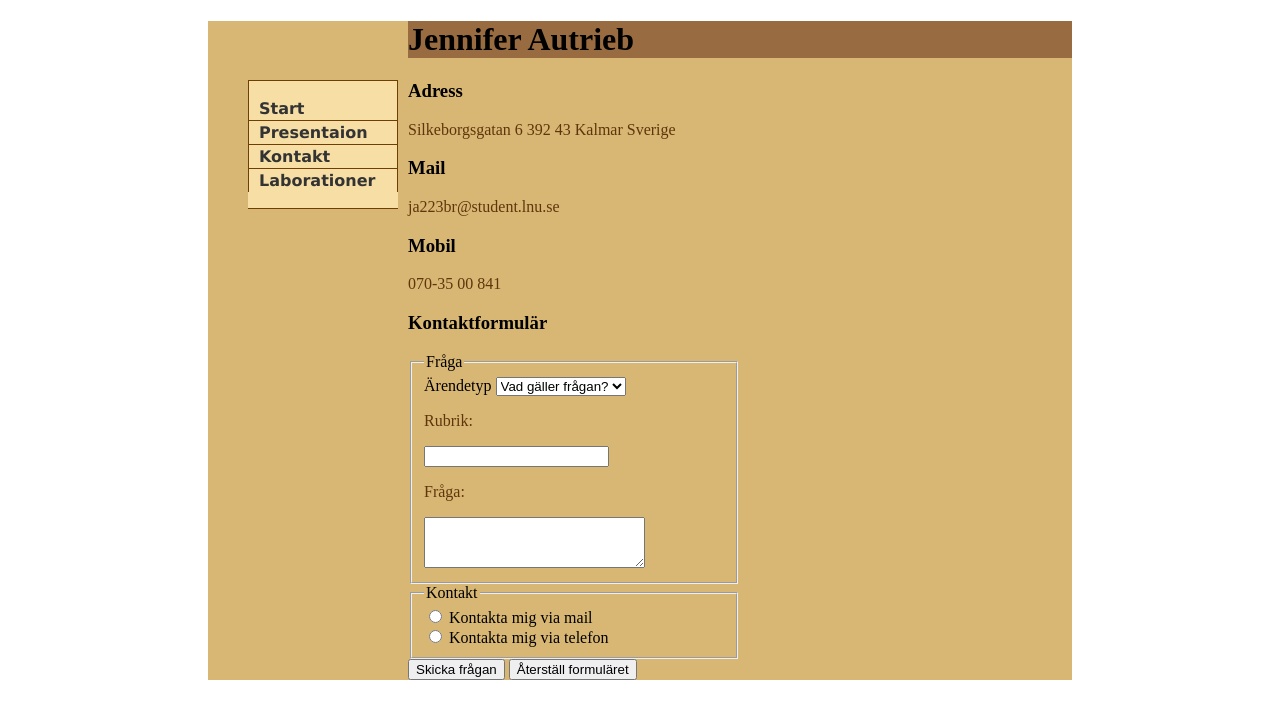
Repository: JeAut/1ik415-JeAut-laborationer
Page: WWW/pages/kontakt.html
The author's editor kept a record of every edit. The page is drawn from the files as they stood at one moment, then again after the next edit.
The browser window is 1280 px wide. The pictures show the whole page.

Above is the page before.

After the next edit:
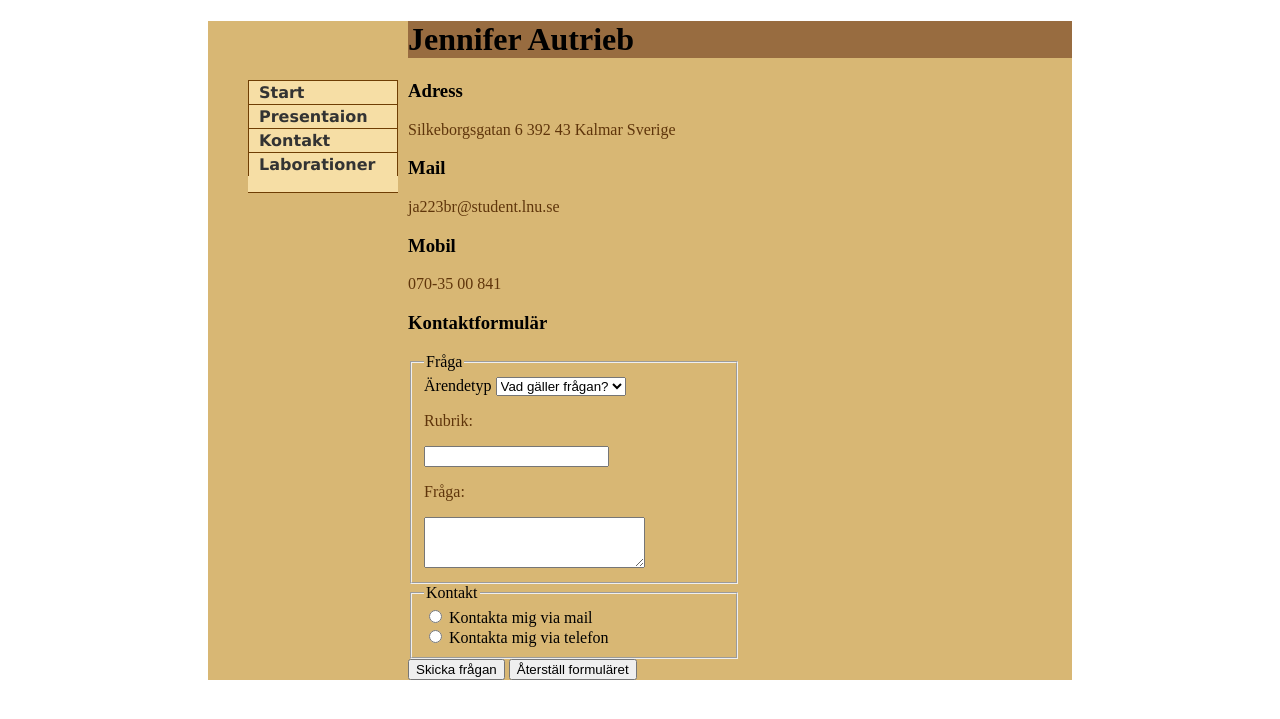
The edit:
--- a/WWW/pages/kontakt.html
+++ b/WWW/pages/kontakt.html
@@ -15,7 +15,7 @@
             <div id="bc">
             <div id="ulsidemenu">
             <div id="ulsidemenu2">
-            <p><li><a href="../index.html"> Start</a></li>
+            <li><a href="../index.html"> Start</a></li>
             </div>
             <div id="ulsidemenu2">
             <li><a href="Presentation.html"> Presentaion</a></li>
